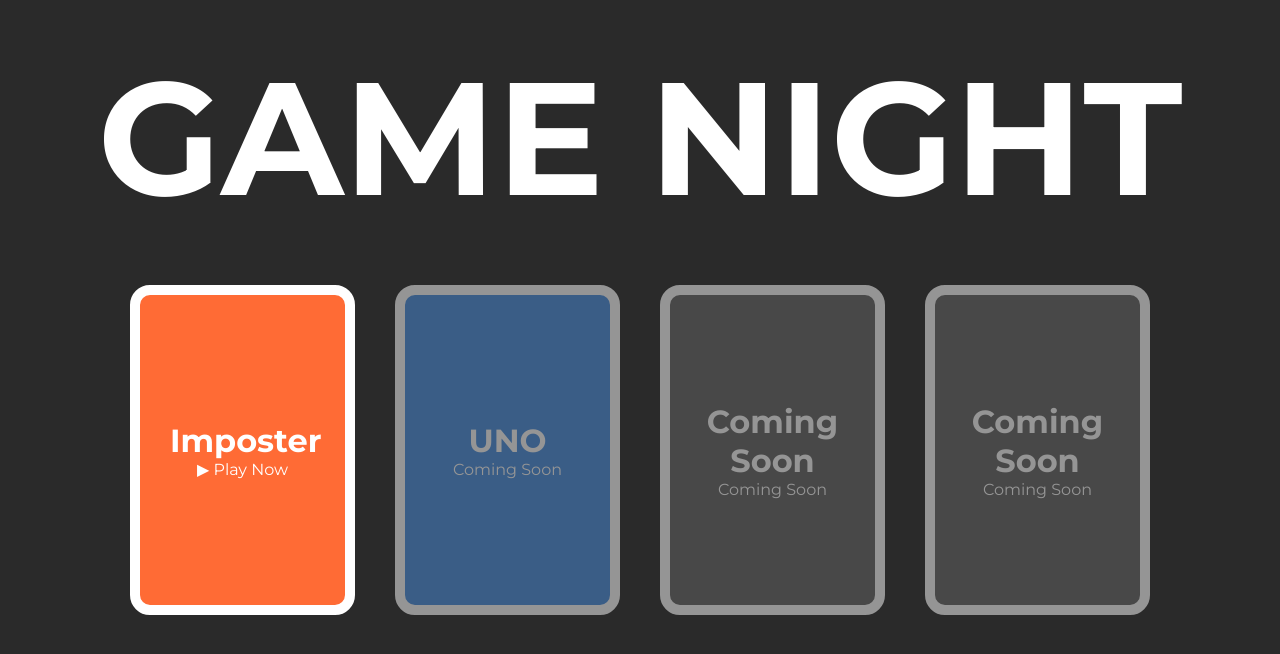
Repository: nfemmanuel/game-night-app
Page: /
These files come from the project's save history. The page is drawn as it stood at one moment and after the next save; the edit follows.
The browser window is 1280 px wide. The pictures show the whole page.
The project was rebuilt for these pictures with package versions that can differ from the ones it lists, and the page was loaded fresh each time.

Above is the page before, as saved 2025-12-31 16:45:53.

After the next save:
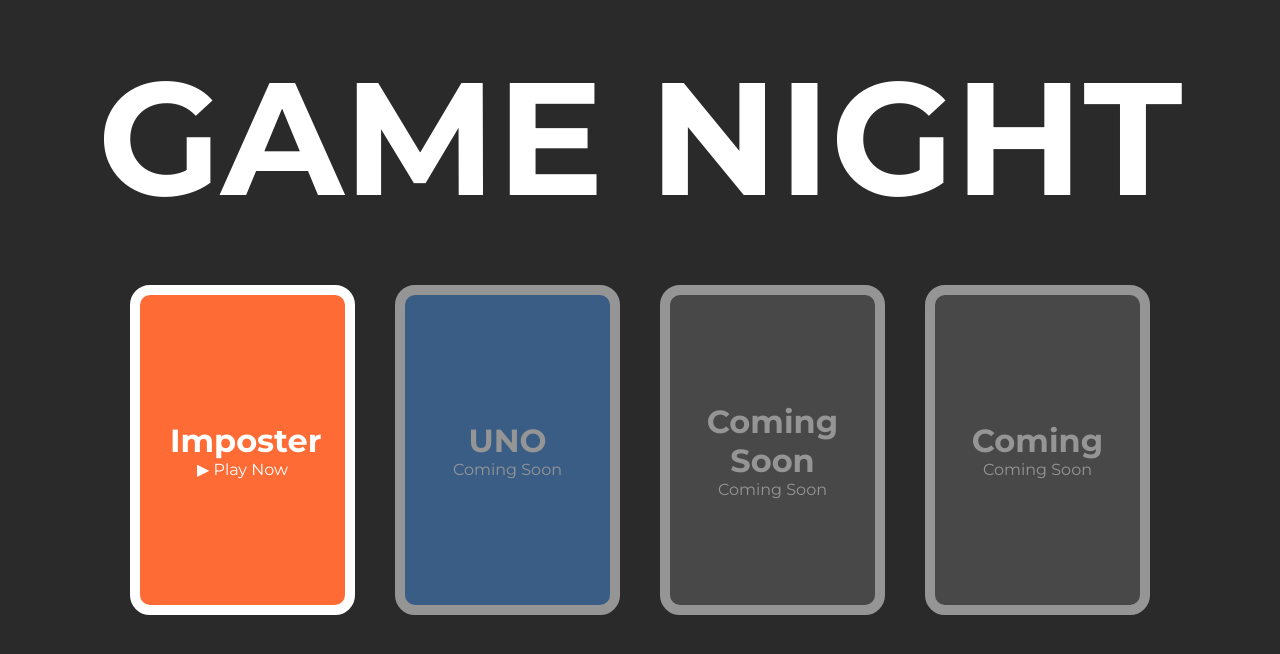
Saved 28 s later.
--- a/src/App.js
+++ b/src/App.js
@@ -35,7 +35,7 @@ function App() {
           onClick={() => { }}
         />
         <GameCard
-          name="Coming Soon"
+          name="Coming "
           available={false}
           onClick={() => { }}
         />
